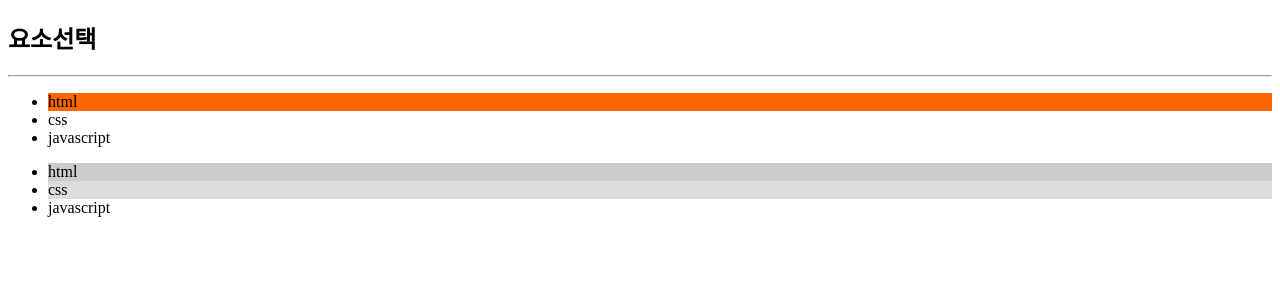
Repository: kimjoohye/study_WEB
Page: workspace/studyhtml5/WebContent/js/j08/h11.html
These files come from the project's save history. The page is drawn as it stood at one moment and after the next save; the edit follows.
The browser window is 1280 px wide. The pictures show the whole page.

Above is the page before, as saved 2022-05-06 06:10:21.

After the next save:
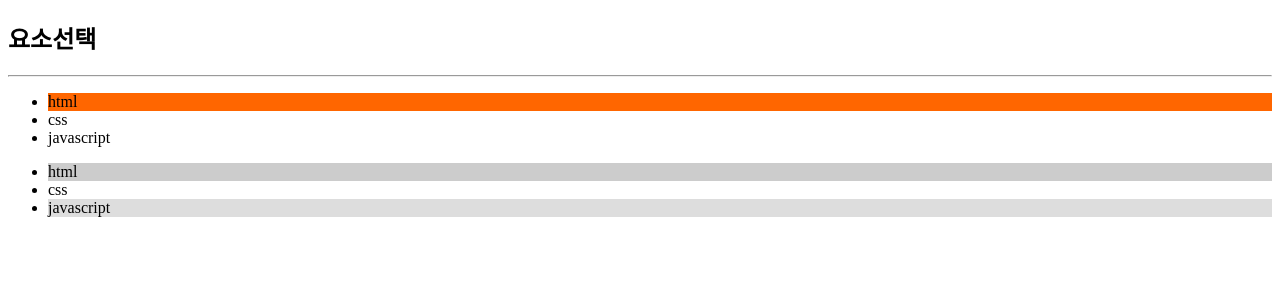
Saved 53 s later.
--- a/workspace/studyhtml5/WebContent/js/j08/h11.html
+++ b/workspace/studyhtml5/WebContent/js/j08/h11.html
@@ -24,7 +24,7 @@
 	// 배열로 선택
 	list02[0].style.background = '#ccc';
 
-	list02.item(1).style.background = '#ddd';
+	list02.item(2).style.background = '#ddd';
   };
 </script>
 </head>
